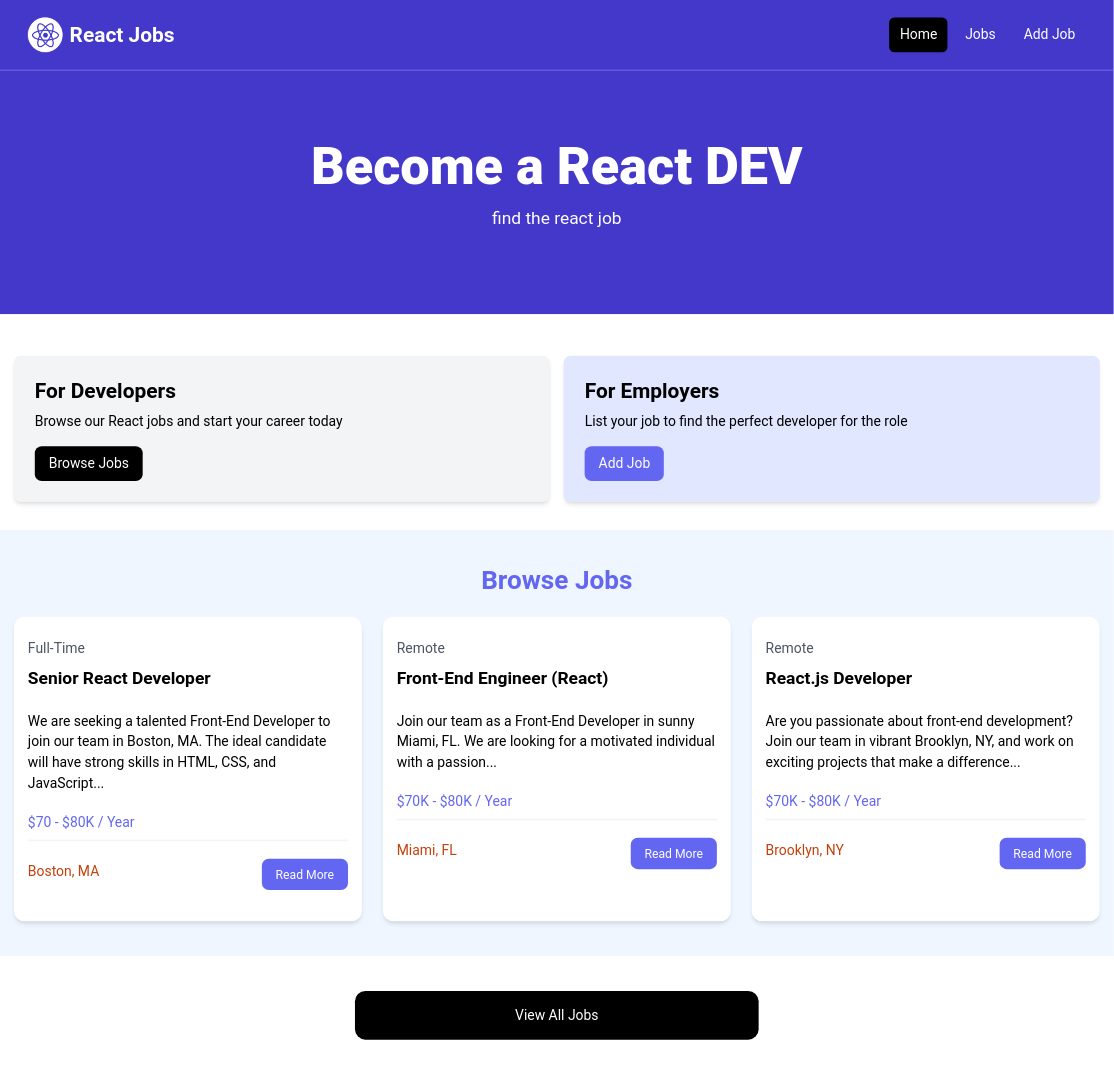
Repository: Geohot-2020/React_setup
Page: / (app in react-crash-2024/)
The author's editor kept a copy of each file at every save. The page is drawn from the files as they stood at one save, then again after the next save.
The browser window is 1280 px wide. The pictures show the whole page, at 87% of full size.
The project was rebuilt for these pictures with package versions that can differ from the ones it lists, and the page was loaded fresh each time. Also part of the build but not shown: react-crash-2024/vite.config.js.

Above is the page before, as saved 2024-11-13 15:34:11.

### react-crash-2024/src/App.jsx
import React from 'react'
import Navbar from './components/Navbar'
import Hero from './components/Hero'
import HomeCards from './components/HomeCards'


const App = () => {
  return (
    <>
      <Navbar />
      <Hero />
      <HomeCards />



      {/* <!-- Browse Jobs --> */}
      <section className="bg-blue-50 px-4 py-10">
        <div className="container-xl lg:container m-auto">
          <h2 className="text-3xl font-bold text-indigo-500 mb-6 text-center">
            Browse Jobs
          </h2>
          <div className="grid grid-cols-1 md:grid-cols-3 gap-6">
            {/* <!-- Job Listing 1 --> */}
            <div className="bg-white rounded-xl shadow-md relative">
              <div className="p-4">
                <div className="mb-6">
                  <div className="text-gray-600 my-2">Full-Time</div>
                  <h3 className="text-xl font-bold">Senior React Developer</h3>
                </div>

                <div className="mb-5">
                  We are seeking a talented Front-End Developer to join our team in Boston, MA. The ideal candidate will have strong skills in HTML, CSS, and JavaScript...
                </div>

                <h3 className="text-indigo-500 mb-2">$70 - $80K / Year</h3>

                <div className="border border-gray-100 mb-5"></div>

                <div className="flex flex-col lg:flex-row justify-between mb-4">
                  <div className="text-orange-700 mb-3">
                    <i className="fa-solid fa-location-dot text-lg"></i>
                    Boston, MA
                  </div>
                  <a
                    href="job.html"
                    className="h-[36px] bg-indigo-500 hover:bg-indigo-600 text-white px-4 py-2 rounded-lg text-center text-sm"
                  >
                    Read More
                  </a>
                </div>
              </div>
            </div>
            {/* <!-- Job Listing 2 --> */}
            <div className="bg-white rounded-xl shadow-md relative">
              <div className="p-4">
                <div className="mb-6">
                  <div className="text-gray-600 my-2">Remote</div>
                  <h3 className="text-xl font-bold">Front-End Engineer (React)</h3>
                </div>

                <div className="mb-5">
                  Join our team as a Front-End Developer in sunny Miami, FL. We are looking for a motivated individual with a passion...
                </div>

                <h3 className="text-indigo-500 mb-2">$70K - $80K / Year</h3>

                <div className="border border-gray-100 mb-5"></div>

                <div className="flex flex-col lg:flex-row justify-between mb-4">
                  <div className="text-orange-700 mb-3">
                    <i className="fa-solid fa-location-dot text-lg"></i>
                    Miami, FL
                  </div>
                  <a
                    href="job.html"
                    className="h-[36px] bg-indigo-500 hover:bg-indigo-600 text-white px-4 py-2 rounded-lg text-center text-sm"
                  >
                    Read More
                  </a>
                </div>
              </div>
            </div>
            {/* <!-- Job Listing 3 --> */}
            <div className="bg-white rounded-xl shadow-md relative">
              <div className="p-4">
                <div className="mb-6">
                  <div className="text-gray-600 my-2">Remote</div>
                  <h3 className="text-xl font-bold">React.js Developer</h3>
                </div>

                <div className="mb-5">
                  Are you passionate about front-end development? Join our team in vibrant Brooklyn, NY, and work on exciting projects that make a difference...
                </div>

                <h3 className="text-indigo-500 mb-2">$70K - $80K / Year</h3>

                <div className="border border-gray-100 mb-5"></div>

                <div className="flex flex-col lg:flex-row justify-between mb-4">
                  <div className="text-orange-700 mb-3">
                    <i className="fa-solid fa-location-dot text-lg"></i>
                    Brooklyn, NY
                  </div>
                  <a
                    href="job.html"
                    className="h-[36px] bg-indigo-500 hover:bg-indigo-600 text-white px-4 py-2 rounded-lg text-center text-sm"
                  >
                    Read More
                  </a>
                </div>
              </div>
            </div>
          </div>
        </div>
      </section>

      <section className="m-auto max-w-lg my-10 px-6">
        <a
          href="jobs.html"
          className="block bg-black text-white text-center py-4 px-6 rounded-xl hover:bg-gray-700"
        >View All Jobs</a
        >
      </section>
    </>
  )
}

export default App

### react-crash-2024/src/components/Navbar.jsx
import React from 'react'
import logo from '../assets/images/logo.png'
const Navbar = () => {
    return (
        <nav className="bg-indigo-700 border-b border-indigo-500">
            <div className="mx-auto max-w-7xl px-2 sm:px-6 lg:px-8">
                <div className="flex h-20 items-center justify-between">
                    <div
                        className="flex flex-1 items-center justify-center md:items-stretch md:justify-start"
                    >
                        {/* <!-- Logo --> */}
                        <a className="flex flex-shrink-0 items-center mr-4" href="/index.html">
                            <img
                                className="h-10 w-auto"
                                src={logo}
                                alt="React Jobs"
                            />
                            <span className="hidden md:block text-white text-2xl font-bold ml-2"
                            >React Jobs</span
                            >
                        </a>
                        <div className="md:ml-auto">
                            <div className="flex space-x-2">
                                <a
                                    href="/index.html"
                                    className="text-white bg-black hover:bg-gray-900 hover:text-white rounded-md px-3 py-2"
                                >Home</a
                                >
                                <a
                                    href="/jobs.html"
                                    className="text-white hover:bg-gray-900 hover:text-white rounded-md px-3 py-2"
                                >Jobs</a
                                >
                                <a
                                    href="/add-job.html"
                                    className="text-white hover:bg-gray-900 hover:text-white rounded-md px-3 py-2"
                                >Add Job</a
                                >
                            </div>
                        </div>
                    </div>
                </div>
            </div>
        </nav>
    )
}

export default Navbar

### react-crash-2024/src/components/Hero.jsx
import React from 'react'

const Hero = ({title = 'Become a React DEV', subtitle = 'find the react job'}) => {
    return (
        <section className="bg-indigo-700 py-20 mb-4">
            <div
                className="max-w-7xl mx-auto px-4 sm:px-6 lg:px-8 flex flex-col items-center"
            >
                <div className="text-center">
                    <h1
                        className="text-4xl font-extrabold text-white sm:text-5xl md:text-6xl"
                    >
                        {title}
                    </h1>
                    <p className="my-4 text-xl text-white">
                        {subtitle}
                    </p>
                </div>
            </div>
        </section>
    )
}

export default Hero

### react-crash-2024/src/components/HomeCards.jsx
import React from 'react'
import Card from './Card'

const HomeCards = () => {
  return (
    <section className="py-4">
        <div className="container-xl lg:container m-auto">
          <div className="grid grid-cols-1 md:grid-cols-2 gap-4 p-4 rounded-lg">
            <div className="bg-gray-100 p-6 rounded-lg shadow-md">
              <h2 className="text-2xl font-bold">For Developers</h2>
              <p className="mt-2 mb-4">
                Browse our React jobs and start your career today
              </p>
              <a
                href="/jobs.html"
                className="inline-block bg-black text-white rounded-lg px-4 py-2 hover:bg-gray-700"
              >
                Browse Jobs
              </a>
            </div>
            <div className="bg-indigo-100 p-6 rounded-lg shadow-md">
              <h2 className="text-2xl font-bold">For Employers</h2>
              <p className="mt-2 mb-4">
                List your job to find the perfect developer for the role
              </p>
              <a
                href="/add-job.html"
                className="inline-block bg-indigo-500 text-white rounded-lg px-4 py-2 hover:bg-indigo-600"
              >
                Add Job
              </a>
            </div>
          </div>
        </div>
      </section>
  )
}

export default HomeCards

### react-crash-2024/tailwind.config.js
/** @type {import('tailwindcss').Config} */
export default {
  content: [
    "./index.html",
    "./src/**/*.{js,ts,jsx,tsx}",
  ],
  theme: {
    extend: {
      fontFamily: {
        sans: ['Roboto', 'sans-serif'],
      },
      gridTemplateColumns: {
        '70/30': '70% 28%',
      },
    },
  },
  plugins: [],
}

### react-crash-2024/src/components/Card.jsx
import React from 'react'

const Card = ({children}) => {
  return (
    <div className='bg-gray-100 p-6 rounded-lg shadow-md'></div>
  )
}

export default Card

Loaded but not shown: react-crash-2024/index.html (common file); react-crash-2024/src/main.jsx (common file); react-crash-2024/src/index.css (common file)

After the next save:
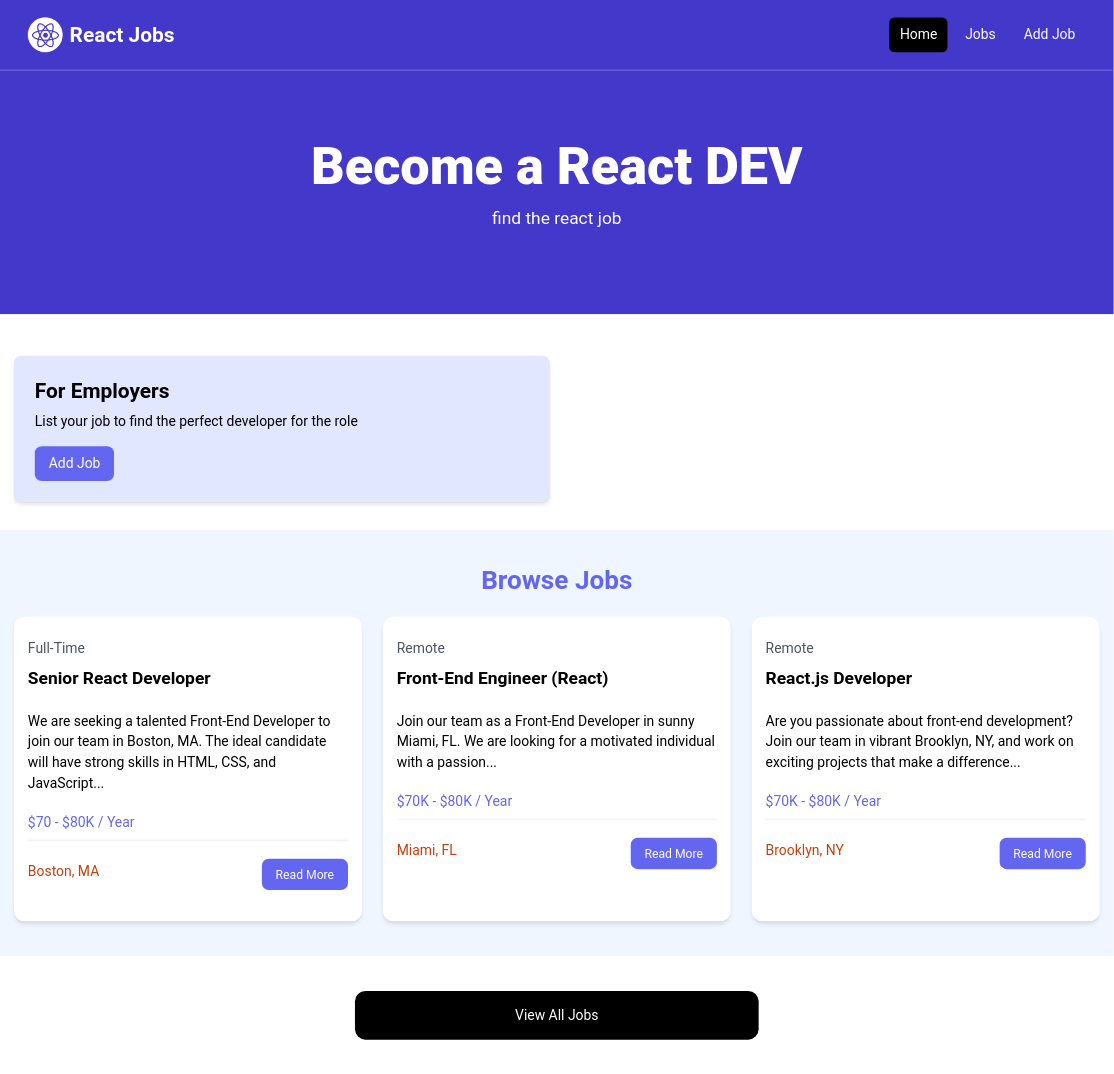
Saved 82 s later.
--- a/react-crash-2024/src/components/HomeCards.jsx
+++ b/react-crash-2024/src/components/HomeCards.jsx
@@ -6,18 +6,7 @@
     <section className="py-4">
         <div className="container-xl lg:container m-auto">
           <div className="grid grid-cols-1 md:grid-cols-2 gap-4 p-4 rounded-lg">
-            <div className="bg-gray-100 p-6 rounded-lg shadow-md">
-              <h2 className="text-2xl font-bold">For Developers</h2>
-              <p className="mt-2 mb-4">
-                Browse our React jobs and start your career today
-              </p>
-              <a
-                href="/jobs.html"
-                className="inline-block bg-black text-white rounded-lg px-4 py-2 hover:bg-gray-700"
-              >
-                Browse Jobs
-              </a>
-            </div>
+
             <div className="bg-indigo-100 p-6 rounded-lg shadow-md">
               <h2 className="text-2xl font-bold">For Employers</h2>
               <p className="mt-2 mb-4">

After the save that followed:
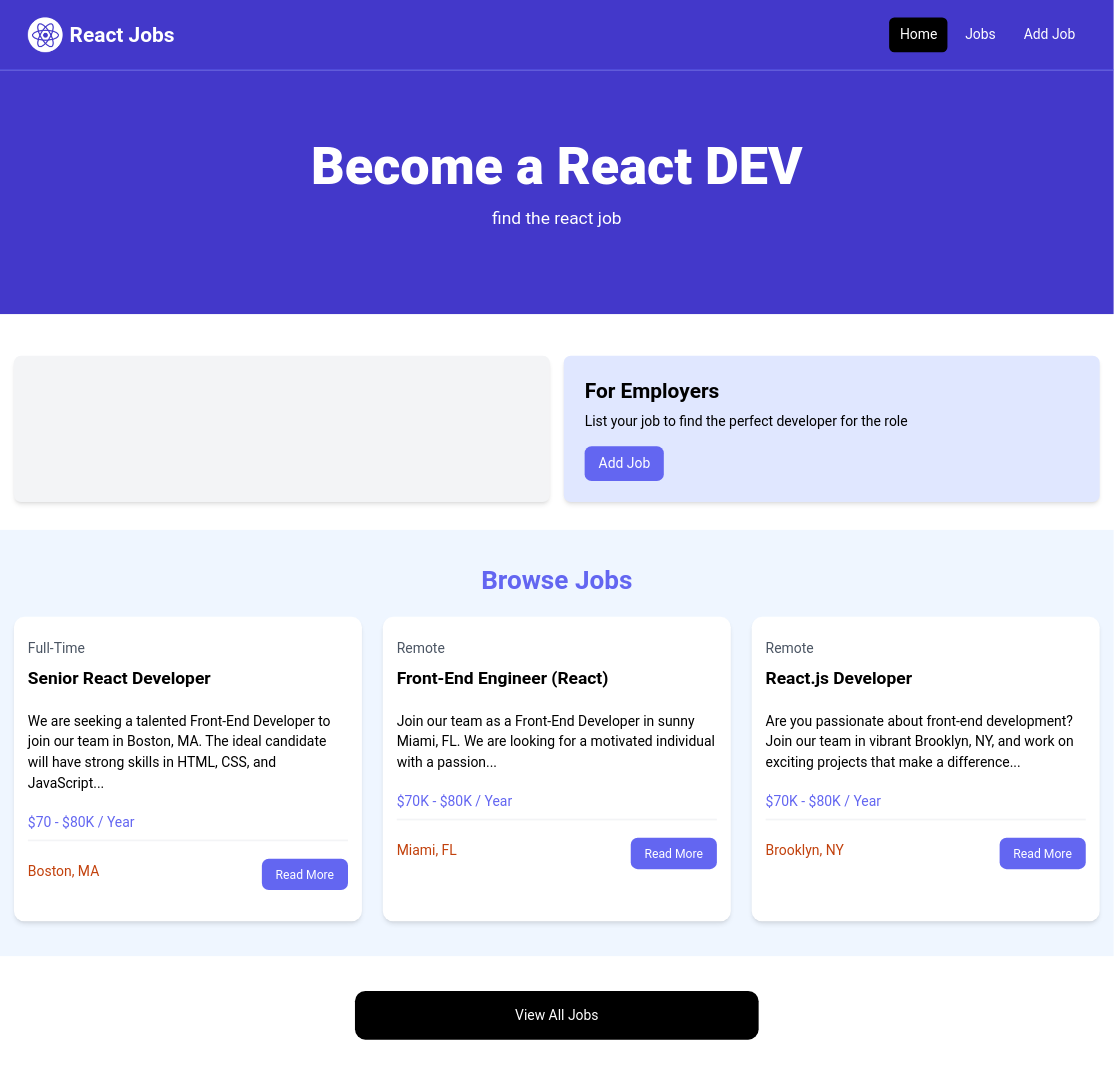
Saved 4 s later.
--- a/react-crash-2024/src/components/HomeCards.jsx
+++ b/react-crash-2024/src/components/HomeCards.jsx
@@ -6,7 +6,18 @@
     <section className="py-4">
         <div className="container-xl lg:container m-auto">
           <div className="grid grid-cols-1 md:grid-cols-2 gap-4 p-4 rounded-lg">
-
+            <Card>
+            <h2 className="text-2xl font-bold">For Developers</h2>
+              <p className="mt-2 mb-4">
+                Browse our React jobs and start your career today
+              </p>
+              <a
+                href="/jobs.html"
+                className="inline-block bg-black text-white rounded-lg px-4 py-2 hover:bg-gray-700"
+              >
+                Browse Jobs
+              </a>
+            </Card>
             <div className="bg-indigo-100 p-6 rounded-lg shadow-md">
               <h2 className="text-2xl font-bold">For Employers</h2>
               <p className="mt-2 mb-4">
